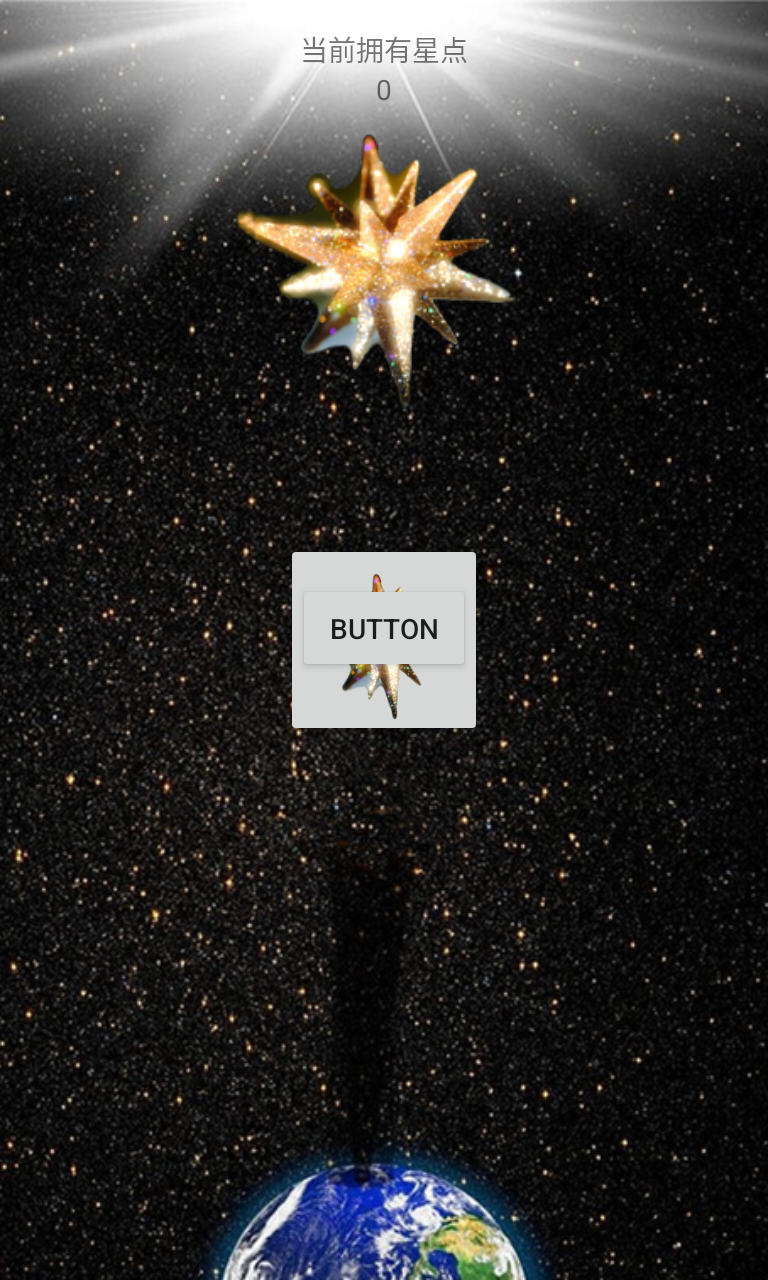
Repository: xianyun2014/StarPoint
Layout: game/res/layout/activity_main.xml
The author's editor kept a copy of each file at every save. The layout is drawn from the files as they stood at one save, then again after the next save.
It is drawn on a 768 x 1280 px phone screen (xhdpi) without system bars, with theme AppTheme; the app's code is not run.

Above is the layout before, as saved 2014-11-16 14:17:36.

After the next save:
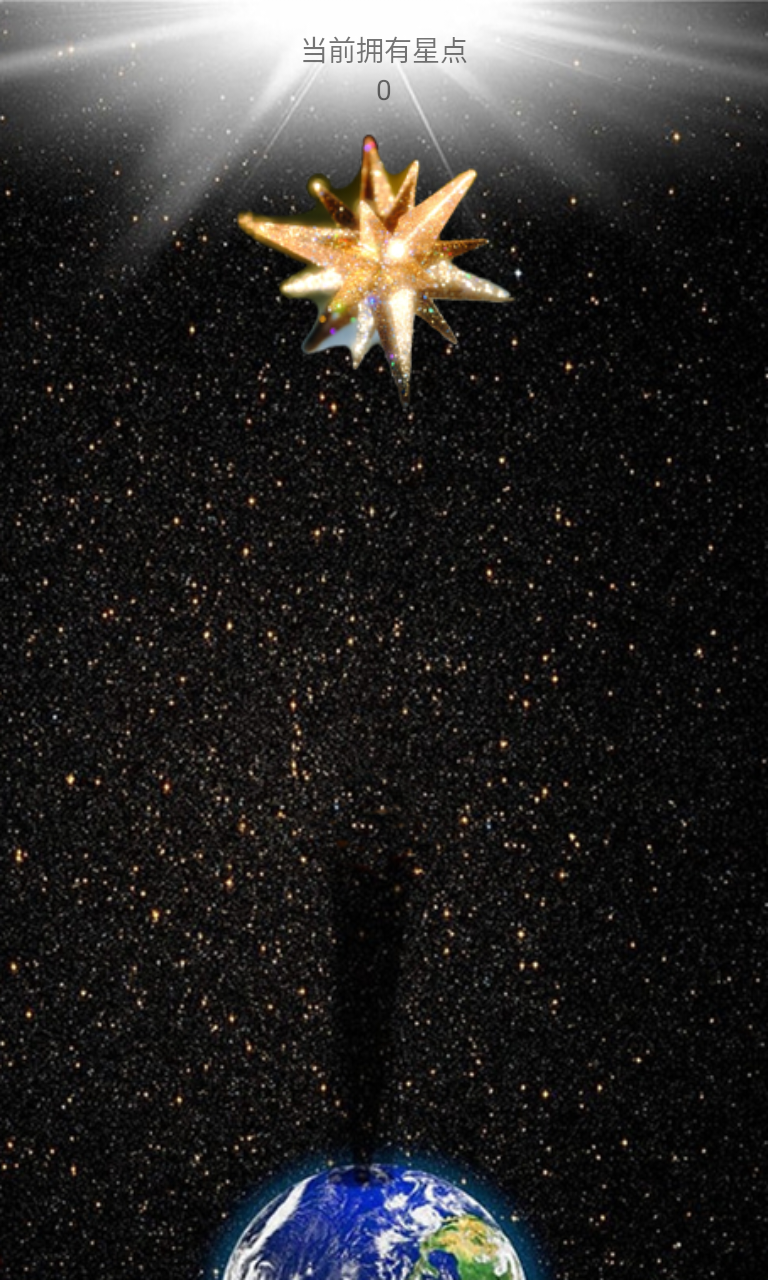
Saved 3 min 1 s later.
--- a/game/res/layout/activity_main.xml
+++ b/game/res/layout/activity_main.xml
@@ -22,15 +22,6 @@
         android:scaleType="fitXY"
         android:src="@drawable/star" />
 
-    <Button
-        android:id="@+id/button1"
-        android:layout_width="wrap_content"
-        android:layout_height="wrap_content"
-        android:layout_below="@+id/imgStar"
-        android:layout_centerHorizontal="true"
-        android:layout_marginTop="86dp"
-        android:text="Button" />
-
     <TextView
         android:id="@+id/textView1"
         android:layout_width="wrap_content"
@@ -48,13 +39,5 @@
         android:layout_centerHorizontal="true"
         android:text="0" />
 
-    <ImageButton
-        android:id="@+id/imageButton1"
-        android:layout_width="100dp"
-        android:layout_height="100dp"
-        android:layout_centerHorizontal="true"
-        android:layout_centerVertical="true"
-        android:scaleType="fitXY"
-        android:src="@drawable/star" />
 
 </RelativeLayout>
